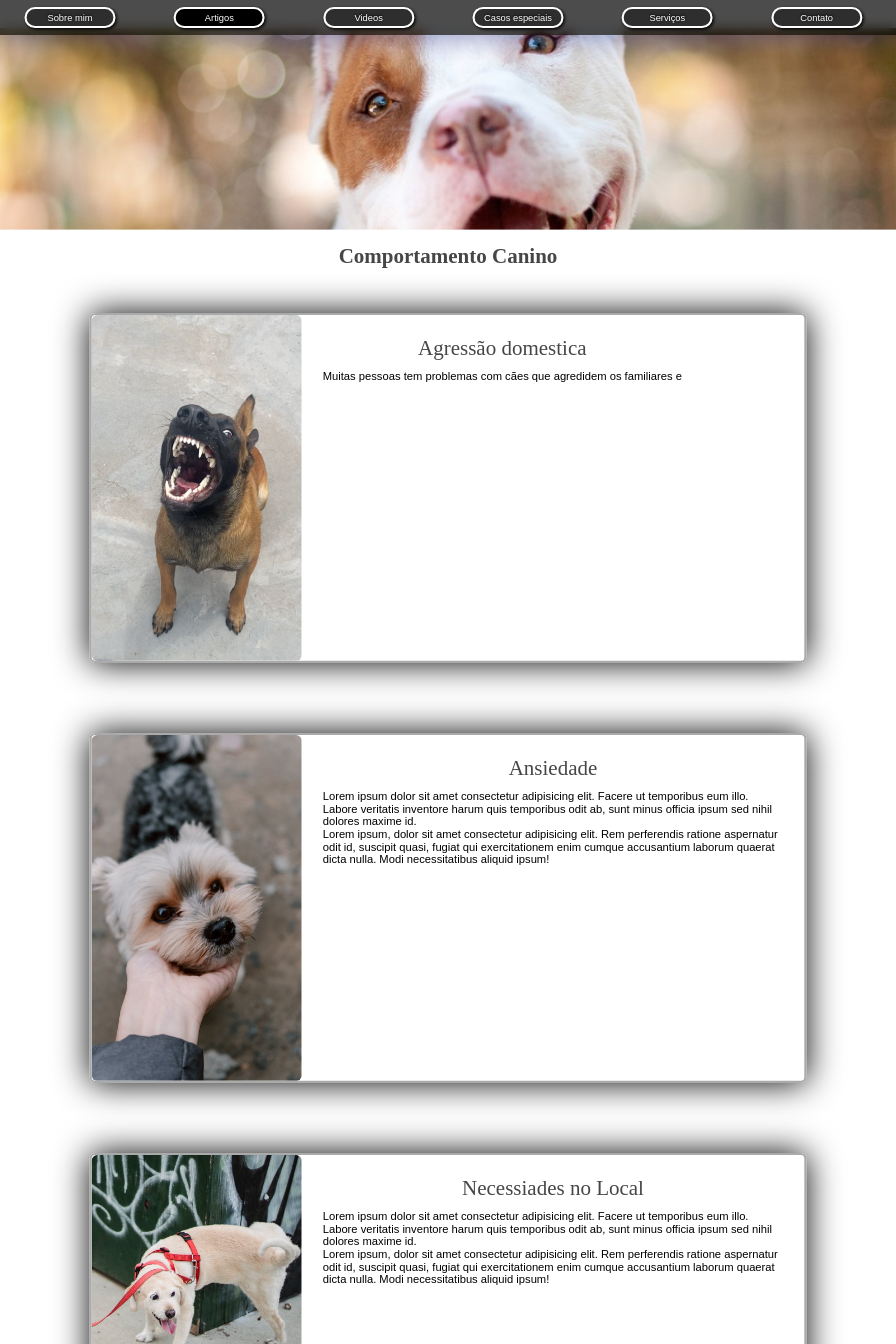
Repository: KevynMarques/Blog-React-StyledComponent
Page: /, after clicking the first element matching `button.sc-eqUAAy`
The author's editor kept a copy of each file at every save. The page is drawn from the files as they stood at one save, then again after the next save.
The browser window is 1280 px wide. The pictures show the part of the page from y = 0 to 1920 px (the page is 3448 px tall), at 70% of full size.
The project was rebuilt for these pictures with package versions that can differ from the ones it lists, and the page was loaded fresh each time. Also part of the build but not shown: src/Components/Clientes/index.jsx, src/Components/Serviços/index.jsx, src/Components/Contato/index.jsx, src/Components/View/index.jsx.

Above is the page before, as saved 2022-02-21 15:13:26.

### public/index.html
<!DOCTYPE html>
<html lang="pt-BR">
  <head>
    <meta charset="utf-8" />
    <link rel="icon" href="%PUBLIC_URL%/favicon.ico" />
    <meta name="viewport" content="width=device-width, initial-scale=1" />
    <meta name="theme-color" content="#000000" />
    <meta
      name="description"
      content="Web site created using create-react-app"
    />
    <link rel="apple-touch-icon" href="%PUBLIC_URL%/logo192.png" />
    <!--
      manifest.json provides metadata used when your web app is installed on a
      user's mobile device or desktop. See https://developers.google.com/web/fundamentals/web-app-manifest/
    -->
    <!--
      Notice the use of %PUBLIC_URL% in the tags above.
      It will be replaced with the URL of the `public` folder during the build.
      Only files inside the `public` folder can be referenced from the HTML.

      Unlike "/favicon.ico" or "favicon.ico", "%PUBLIC_URL%/favicon.ico" will
      work correctly both with client-side routing and a non-root public URL.
      Learn how to configure a non-root public URL by running `npm run build`.
    -->
    <title>Adestramento DK</title>
  </head>
  <body>
    <noscript>You need to enable JavaScript to run this app.</noscript>
    <div id="root"></div>
    <!--
      This HTML file is a template.
      If you open it directly in the browser, you will see an empty page.

      You can add webfonts, meta tags, or analytics to this file.
      The build step will place the bundled scripts into the <body> tag.

      To begin the development, run `npm start` or `yarn start`.
      To create a production bundle, use `npm run build` or `yarn build`.
    -->
  </body>
</html>

### src/App.jsx
import Home from './Pages/Home';
import Sobre from './Components/Sobre/index';
import { useState, useEffect } from 'react';
import { GlobalStyle } from './GlobalStyle';
import Geral from './Components/Geral/index';


function App() {

  const [geral, setGeral]=useState(<Sobre />);

  return (
    <>
    <Home setGeral={setGeral} geral={geral}  />
    <Geral geral={geral} />
    <GlobalStyle/>
   </>
  );
}

export default App;

### src/Pages/Home/index.jsx
import React, {useState} from "react"
import {  Home, Videos, Comportamental, Serviços, Diversos, Contato } from "../../Components/Buttons/Style"
import Sobre from '../../Components/Sobre/index'
import Comport  from '../../Components/Artigos/index'
import Clientes from '../../Components/Clientes/index'
import Serv from "../../Components/Serviços"
import Cont from '../../Components/Contato/index'
import View from "../../Components/View"
import { ContainerHeader } from "../../Components/Containers/style"




export default (props) => {

  const [ativo, setAtivo] = useState(false)
  const [ativoVideos, setAtivoVideos] = useState(true)
  const [ativoComp, setComp] = useState(true)
  const [Casos, setCasos] = useState(true)
  const [serviços, setServiços] = useState(true)
  const [contato, setContato] = useState(true)


  return (
   <>
    <ContainerHeader>

       <Home
         setAtivo={setAtivo}
         ativo={ativo}
         onClick={()=>(props.setGeral(<Sobre />),
         setAtivo(false),
         setAtivoVideos(true),
         setComp(true),
         setCasos(true),
         setServiços(true)
         )}>
         <p>Sobre mim</p>
      </Home>


       <Comportamental
          onClick={() =>(props.setGeral(<Comport />),
          setAtivo(true),
          setAtivoVideos(true),
          setComp(false),
          setCasos(true),
          setServiços(true))}

          setComp={setComp}
          ativoComp={ativoComp}>

         <p>Artigos</p>
       </Comportamental>

       <Videos
        ativoEquip={ativoVideos}
        setAtivoVideos={setAtivoVideos}
        onClick={()=>(props.setGeral(<View />),
        setAtivo(true),
        setAtivoVideos(false),
        setComp(true),
        setCasos(true),
        setServiços(true)
        )}>
        <p>Videos</p>
       </Videos>

       <Diversos
          onClick={() =>(props.setGeral(<Clientes />),
          setAtivo(true),
          setAtivoVideos(true),
          setComp(true),
          setCasos(false),
          setServiços(true))}
          setCasos={setCasos}
          Casos={Casos}>
         <p>Casos especiais</p>
       </Diversos>


       <Serviços onClick={() =>(props.setGeral(<Serv />),
        setAtivo(true),
        setAtivoVideos(true),
        setComp(true),
        setCasos(true),
        setServiços(false))}
        setServiços={setServiços}
        serviços={serviços}>
         <p>Serviços</p>
       </Serviços>

       <Contato onClick={() =>(props.setGeral(<Cont />),
        setAtivo(true),
        setAtivoVideos(true),
        setComp(true),
        setCasos(true),
        setServiços(true),
        setContato(false)
       )}
          setContato={setContato}
          contato={contato}>
         <p>Contato</p>
      </Contato>

    </ContainerHeader>
    </>
  );
}

### src/Components/Sobre/index.jsx
import Foto from '../Image/foto.png'
import LV from '../Image/LV.jpg';
import Dog from '../Image/Dog.png'
import { Tittle } from "../Textos&Titles/style";
import { ContainerBaner, ContainerBox, ContainerIMG } from "../Containers/style";
import { Info } from "../Textos&Titles/style";
import { SubTitle } from '../Textos&Titles/style';
import { TitleInfo } from '../Textos&Titles/style';


export default () => {
  return (
<>
     <ContainerBaner>
      <img src={Dog} />
     </ContainerBaner>

   <Tittle>
          Adestramento DK
  </Tittle>


  <ContainerBox>
       <ContainerIMG>
        <img src={Foto} />
       </ContainerIMG>
       <Info>
       <TitleInfo>Quem sou eu</TitleInfo>
       meu nome é Kevyn Marques sempre fui um apaixonado por cães, no ano de 2017 tive o prazer
       de fazer parte do 2BPE  onde pude ter  meu primeiro contato com cães de trabalho tanto de faro como de guarda, encantando com aqueles animais comecei a pesquisar e estudar sobre comportamento canino  e desde la eu nunca mais parei, ao longo da minha jornada como adestrador fiz inumeros cursos com pessoas que estão na aréa do adestramento a anos, tanto no esporte canino como no treinamento pet podendo ter uma visão ampla e diversificade de cada caso que passa pelas minhas mãos, tenho um orgulho enorme dos meus resultados, acredito que todos com a orientação adequada podem ter uma vida em harmonia com seus cães independente do tamanho do problema ele sempre tera solução.
       </Info>
       </ContainerBox>

  <SubTitle>  Viper e Logan !
  </SubTitle>


    <ContainerBox>
       <ContainerIMG>
        <img src={LV} />
       </ContainerIMG>
       <Info>
       <TitleInfo>Nosso dia a dia</TitleInfo>
       Apesar de ter tido cães a vida toda o meu primeiro cão de trabalho foi o Logan, meu pastor Belga Malinois que se encontra ao lado direito da foto, com o Logan vieram inumeros desafios afinal é uma raça dificil de lidar, temperamento forte muita disposição e um drive de caça altissimo, porem com a tecnica é o conhecimento adequado o Logan se tornou a melhor companhia que ja tive na vida, ja o Mali mais escuro na foto é o Viper, minha paixão por Malinois so aumenta e com isso veio mais um para familia, o pequeno Viper é bem diferente do Logan, um cão mais calmo e de um temperamento extremamente equilibrado por enquanto ainda não sei se irei treina-lo para guarda e proteção como o Logan, porem uma coisa é certa, eles fazem uma dupla e tanto !! Irei postar videos rotineiros dos treinos de ambos e espero que vocês acompanhem !
       </Info>
   </ContainerBox>
</>

  );
}

### src/GlobalStyle.jsx
import { createGlobalStyle } from 'styled-components';

 export const GlobalStyle = createGlobalStyle`
  * {
    margin: 0;
    padding: 0;
    box-sizing: border-box;

  }
`;

### src/Components/Geral/index.jsx
import React from "react"

export default (props) => {

  return (

    <>
    {props.geral}
    </>

  );

}

### src/Components/Buttons/Style.jsx
import styled from "styled-components";


export const Home = styled.button `
background:${props => props.ativo ? '#2e2e2e' : '#000000'};
font-family: Arial, Helvetica, sans-serif;
font-style:normal;
color:#ffffff;
border:3px solid #ffffff;
text-shadow:0px -1px 3px #000000;
box-shadow:2px 2px 5px #000000;
box-shadow:2px 2px 5px #000000;
box-shadow:2px 2px 5px #000000;
border-radius:25px 25px 25px 25px;
border-radius:25px 25px 25px 25px;
border-radius:25px 25px 25px 25px;
width:130px;
height: 30px;

&:hover {
  background-color: black;
}

cursor:pointer;
margin:0 auto;
margin-left: 35px;

&:active {
  transform: scale(0.9);
}

`;


export const Videos = styled(Home) `

background:${props => props.ativoEquip ? '#2e2e2e' : '#000000'};

`;

export const Comportamental = styled(Home) `

background:${props => props.ativoComp ? '#2e2e2e' : '#000000'};

`;


export const Diversos = styled(Home) `

background:${props => props.Casos? '#2e2e2e' : '#000000'};

`;


export const Serviços = styled(Home) `

background:${props => props.serviços? '#2e2e2e' : '#000000'};

`;

export const Contato = styled(Home) `

background:#2e2e2e;

`;

### src/Components/Artigos/index.jsx
import Dog from '../Image/pitbull.jpeg'
import Agress from '../Image/agressao.png'
import York from '../Image/york.jpeg'
import Xixi from '../Image/xixi.jpeg'
import Passeio from '../Image/Passeio.jpeg'
import Bagunça from '../Image/bagunça.jpg'
import { Info, SubTitle } from '../Textos&Titles/style'
import { ContainerBaner, ContainerBox, ContainerIMG } from '../Containers/style'
import { TitleInfo } from '../Textos&Titles/style'

export default () => {
  return (
    <>
    <ContainerBaner>
    <img src={Dog} />
    </ContainerBaner>

    <SubTitle>
      Comportamento Canino
     </SubTitle>

      <ContainerBox>
       <ContainerIMG>
        <img src={Agress} />
       </ContainerIMG>
       <Info>
       <TitleInfo>Agressão domestica</TitleInfo>
       Muitas pessoas tem problemas com cães que agredidem os familiares e
        </Info>
       </ContainerBox>

       <ContainerBox>
       <ContainerIMG>
        <img src={York} />
       </ContainerIMG>
       <Info>
       <TitleInfo>Ansiedade</TitleInfo>
       Lorem ipsum dolor sit amet consectetur adipisicing elit. Facere ut temporibus eum illo. Labore veritatis inventore harum quis temporibus odit ab, sunt minus officia ipsum sed nihil dolores maxime id.
       <br></br>
        Lorem ipsum, dolor sit amet consectetur adipisicing elit. Rem perferendis ratione aspernatur odit id, suscipit quasi, fugiat qui  exercitationem  enim cumque accusantium laborum quaerat dicta nulla. Modi necessitatibus aliquid ipsum!
        </Info>
       </ContainerBox>

       <ContainerBox>
       <ContainerIMG>
        <img src={Xixi} />
       </ContainerIMG>
       <Info>
       <TitleInfo>Necessiades no Local</TitleInfo>
       Lorem ipsum dolor sit amet consectetur adipisicing elit. Facere ut temporibus eum illo. Labore veritatis inventore harum quis temporibus odit ab, sunt minus officia ipsum sed nihil dolores maxime id.
       <br></br>
        Lorem ipsum, dolor sit amet consectetur adipisicing elit. Rem perferendis ratione aspernatur odit id, suscipit quasi, fugiat qui  exercitationem  enim cumque accusantium laborum quaerat dicta nulla. Modi necessitatibus aliquid ipsum!
        </Info>
       </ContainerBox>


       <ContainerBox>
       <ContainerIMG>
        <img src={Passeio} />
       </ContainerIMG>
       <Info>
       <TitleInfo>Passeio</TitleInfo>
       Lorem ipsum dolor sit amet consectetur adipisicing elit. Facere ut temporibus eum illo. Labore veritatis inventore harum quis temporibus odit ab, sunt minus officia ipsum sed nihil dolores maxime id.
       <br></br>
        Lorem ipsum, dolor sit amet consectetur adipisicing elit. Rem perferendis ratione aspernatur odit id, suscipit quasi, fugiat qui  exercitationem  enim cumque accusantium laborum quaerat dicta nulla. Modi necessitatibus aliquid ipsum!
        </Info>
       </ContainerBox>


       <ContainerBox>
       <ContainerIMG>
        <img src={Bagunça} />
       </ContainerIMG>
       <Info>
       <TitleInfo>Destruição de objetos</TitleInfo>
       Lorem ipsum dolor sit amet consectetur adipisicing elit. Facere ut temporibus eum illo. Labore veritatis inventore harum quis temporibus odit ab, sunt minus officia ipsum sed nihil dolores maxime id.
       <br></br>
        Lorem ipsum, dolor sit amet consectetur adipisicing elit. Rem perferendis ratione aspernatur odit id, suscipit quasi, fugiat qui  exercitationem  enim cumque accusantium laborum quaerat dicta nulla. Modi necessitatibus aliquid ipsum!
        </Info>
       </ContainerBox>
    </>
  );
}

### src/Components/Containers/style.jsx
import  styled  from "styled-components";



export const  ContainerHeader  = styled.div `
     width: 100vw;
     height: 50px;
     margin: 0;
     position: fixed;
     z-index: 99999;
     background: rgba( 0, 0, 0, 0.7 );
     box-shadow: 0 8px 32px 0 rgba( 31, 38, 135, 0.37 );
     backdrop-filter: blur( 7.5px );
     -webkit-backdrop-filter: blur( 7.5px );
     color:white;
     display: flex;
     align-items: center;
     justify-content: center;
`;



export const ContainerBaner= styled.div `
  width: 100%;
  height: 40vh;


    img {
    width: 100%;
    height: 100%;
    object-fit: cover;
    margin-top: 40px;

    }
`;


export const  ContainerBox = styled.section `
  height: 500px;
  border: solid 3px #aaaaaa;
  width: 80vw;
  margin: 100px  10%;
  border-radius: 8px;
  box-shadow: 0 0 3em Black;
  display: flex;
  `;


export const ContainerIMG = styled.div `

    min-width:300px;
    height:494px;

  img {
    object-fit: cover;
    width: 100%;
    height: 100%;
    border-radius: 8px;
  }

`;

### src/Components/Textos&Titles/style.jsx
import styled from 'styled-components'



export const Tittle = styled.h1`
@import url('https://fonts.googleapis.com/css2?family=Bangers&display=swap');
color: #312f2f;
font-size: 60px;
font-family: 'Bangers', cursive;
text-align: center;
height: 40px;
margin-top: 45px;
`;


export const Info = styled.p`
 margin: 30px;
 font-family: Arial, Helvetica, sans-serif;
`;


export const SubTitle = styled.h2 `
 text-align: center;
 font-size: 30px;
 margin-top: 60px;
 font-family: Arial, Helvetica, sans-serif;
 color: #464646;
 margin-bottom: -35px;
 font-family: 'Bangers', cursive;
`;


export const TitleInfo = styled.div `
 text-align: center;
 font-size: 30px;
 font-family: Arial, Helvetica, sans-serif;
 color: #464646;
 font-family: 'Bangers', cursive;
 margin-bottom: 15px;
`;

Loaded but not shown: src/index.js (common file)

After the next save:
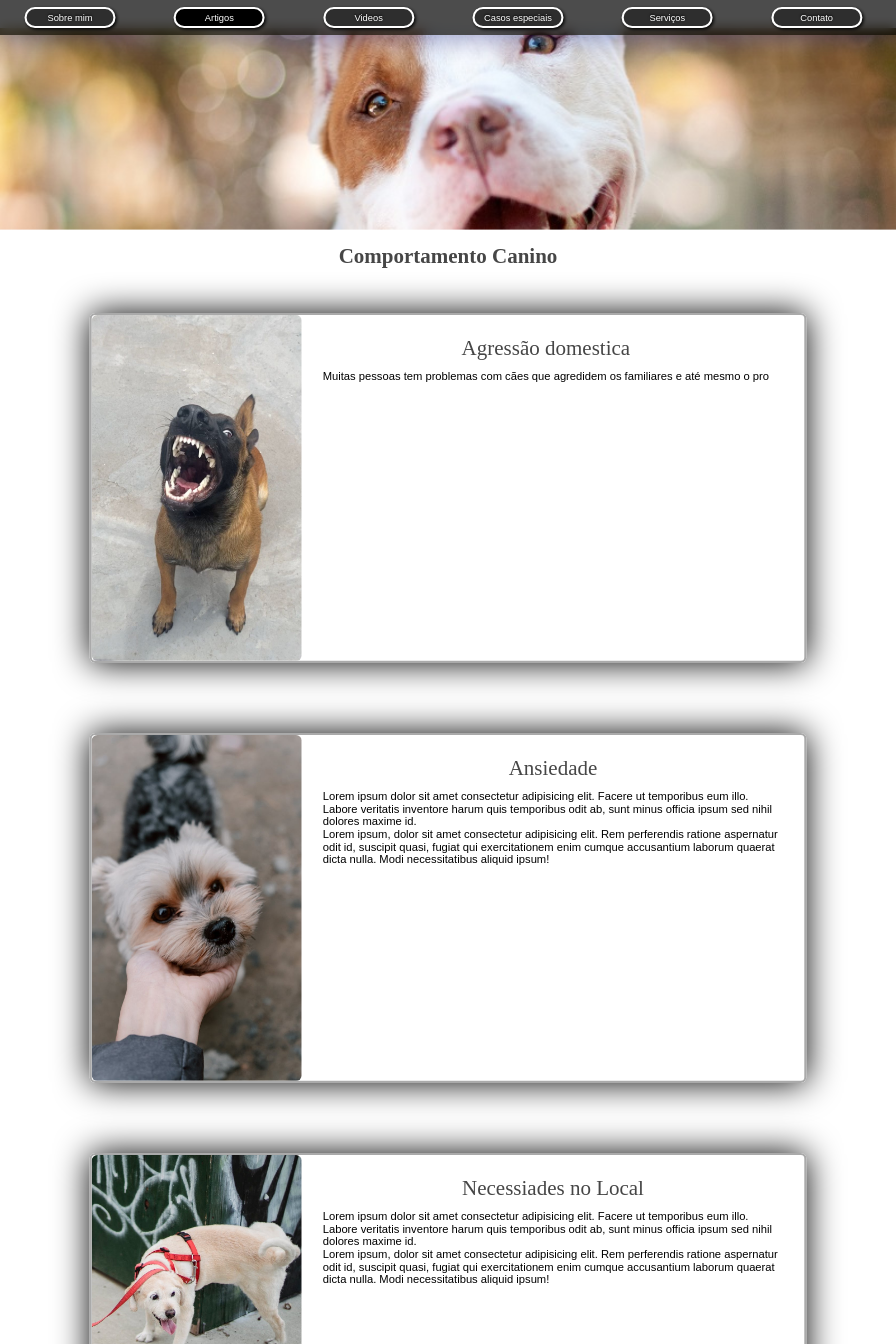
Saved 4 s later.
--- a/src/Components/Artigos/index.jsx
+++ b/src/Components/Artigos/index.jsx
@@ -25,7 +25,7 @@ export default () => {
        </ContainerIMG>
        <Info>
        <TitleInfo>Agressão domestica</TitleInfo>
-       Muitas pessoas tem problemas com cães que agredidem os familiares e
+       Muitas pessoas tem problemas com cães que agredidem os familiares e até mesmo o pro
         </Info>
        </ContainerBox>
 
